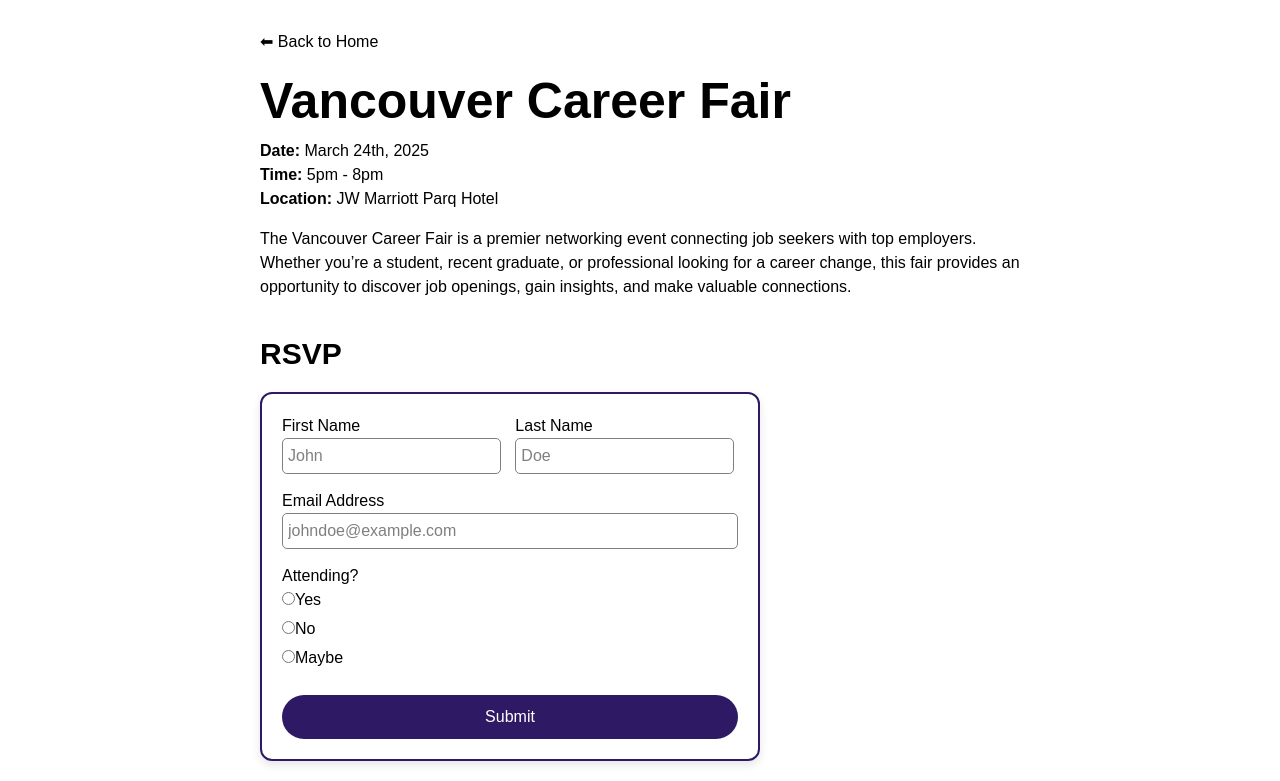
Repository: Jennica1/FULLSTACK-FINAL-PROJ
Page: /event (app in rsvp-app/frontend/)
These files come from the project's save history. The page is drawn as it stood at one moment and after a run of saves; the edit follows.
The browser window is 1280 px wide. The pictures show the part of the page from y = 600 to 1381 px (the page is 1381 px tall before and 1294 px after).
The project was rebuilt for these pictures with package versions that can differ from the ones it lists, and the page was loaded fresh each time. The framework's server and built-in components were replaced by stand-ins that run in the browser. Also part of the build but not shown: rsvp-app/frontend/next.config.mjs.

Above is the page before, as saved 2025-03-22 21:04:46.

After the next 2 saves:
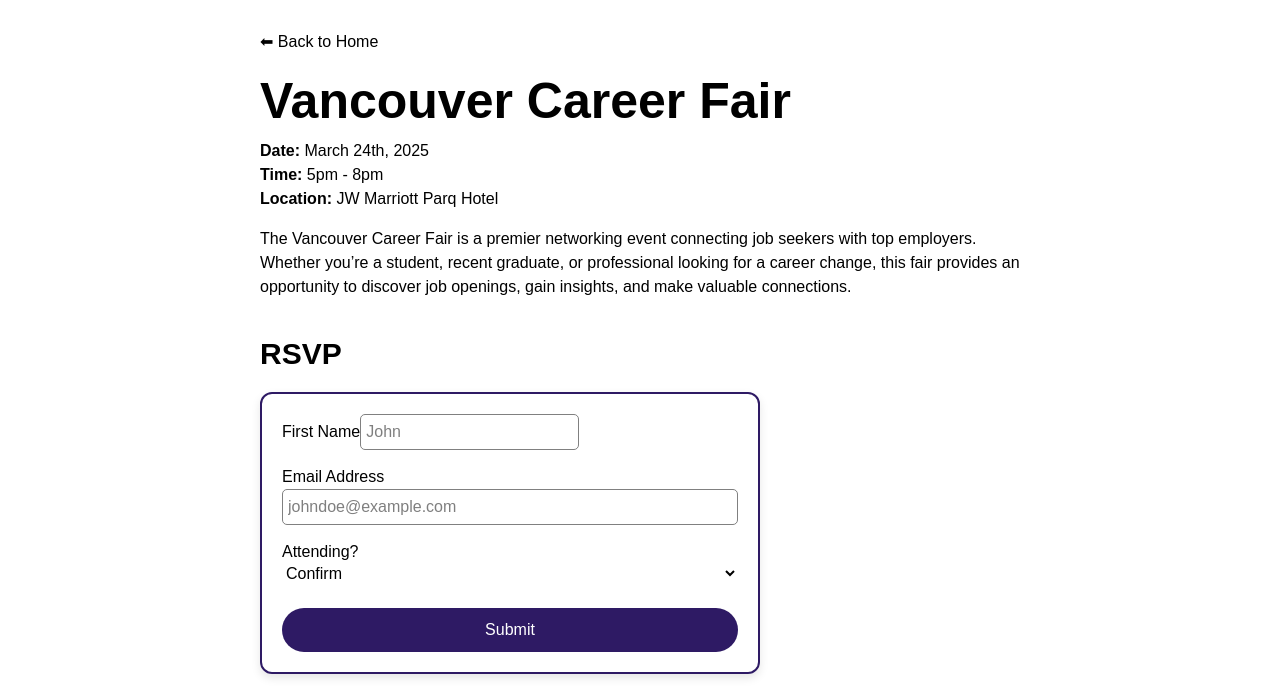
The 2 saves are shown as one change because 1 did not build or start.
The last was saved 25 min 15 s later.
--- a/rsvp-app/frontend/app/event/page.js
+++ b/rsvp-app/frontend/app/event/page.js
@@ -4,8 +4,26 @@ import { useState } from 'react';
 import Navbar from '../components/Navbar'; // Import the Navbar
 
 export default function EventPage() {
-  const router = useRouter();
-  const [attendance, setAttendance] = useState(''); // Stores selected option
+
+  const [name, setName] = useState('');
+  const [email, setEmail] = useState('');
+  const [status, setStatus] = useState('confirmed');
+  const [message, setMessage] = useState(''); // Stores selected option
+
+  const handleSubmit = async (e) => {
+    e.preventDefault();
+
+    const response = await fetch('http://localhost:3001/rsvp', {
+      method: 'POST',
+      headers: {
+        'Content-Type': 'application/json',
+      },
+      body: JSON.stringify({ name, email, status }),
+    });
+
+    const data = await response.json();
+    setMessage(data.message);
+  };
 
   return (
     <div>
@@ -34,56 +52,32 @@ export default function EventPage() {
         {/* RSVP Section */}
         <h2 style={styles.subHead}>RSVP</h2>
         <div style={styles.formContainer}>
-          <form style={styles.form}>
+          <form onSubmit={handleSubmit} style={styles.form}>
             <div style={styles.inputGroup}>
               <div>
                 <label>First Name</label>
-                <input style={styles.textBox} type="text" placeholder="John" required />
+                <input style={styles.textBox} type="text" placeholder="John" required onChange={(e) => setName(e.target.value)} />
               </div>
-              <div>
-                <label>Last Name</label>
-                <input style={styles.textBox} type="text" placeholder="Doe" required />
-              </div>
+
             </div>
 
             <div style={styles.fullWidth}>
               <label>Email Address</label>
-              <input style={styles.textBox} type="email" placeholder="johndoe@example.com" required />
+              <input style={styles.textBox} type="email" placeholder="johndoe@example.com" required   value={email}
+          onChange={(e) => setEmail(e.target.value)}/>
             </div>
 
             <div style={styles.fullWidth}>
             <label>Attending?</label>
               <div style={styles.radioGroup}>
-                <label>
-                  <input
-                    type="radio"
-                    name="attendance"
-                    value="yes"
-                    checked={attendance === 'yes'}
-                    onChange={() => setAttendance('yes')}
-                  />
-                  Yes
-                </label>
-                <label>
-                  <input
-                    type="radio"
-                    name="attendance"
-                    value="no"
-                    checked={attendance === 'no'}
-                    onChange={() => setAttendance('no')}
-                  />
-                  No
-                </label>
-                <label>
-                  <input
-                    type="radio"
-                    name="attendance"
-                    value="maybe"
-                    checked={attendance === 'maybe'}
-                    onChange={() => setAttendance('maybe')}
-                  />
-                  Maybe
-                </label>
+              <select
+          value={status}
+          onChange={(e) => setStatus(e.target.value)}
+        >
+          <option value="confirmed">Confirm</option>
+          <option value="declined">Decline</option>
+        </select>
+
               </div>
             </div>
 
@@ -95,6 +89,63 @@ export default function EventPage() {
     </div>
   );
 }
+
+// 'use client';
+
+// import { useState } from 'react';
+
+// export default function Home() {
+//   const [name, setName] = useState('');
+//   const [email, setEmail] = useState('');
+//   const [status, setStatus] = useState('confirmed');
+//   const [message, setMessage] = useState('');
+
+//   const handleSubmit = async (e) => {
+//     e.preventDefault();
+
+//     const response = await fetch('http://localhost:3001/rsvp', {
+//       method: 'POST',
+//       headers: {
+//         'Content-Type': 'application/json',
+//       },
+//       body: JSON.stringify({ name, email, status }),
+//     });
+
+//     const data = await response.json();
+//     setMessage(data.message);
+//   };
+
+//   return (
+//     <div>
+//       <h1>RSVP for the Event</h1>
+//       <form onSubmit={handleSubmit}>
+//         <input
+//           type="text"
+//           placeholder="Name"
+//           value={name}
+//           onChange={(e) => setName(e.target.value)}
+//         />
+//         <input
+//           type="email"
+//           placeholder="Email"
+//           value={email}
+//           onChange={(e) => setEmail(e.target.value)}
+//         />
+//         <select
+//           value={status}
+//           onChange={(e) => setStatus(e.target.value)}
+//         >
+//           <option value="confirmed">Confirm</option>
+//           <option value="declined">Decline</option>
+//         </select>
+//         <button type="submit">Submit</button>
+//       </form>
+
+//       {message && <p>{message}</p>}
+//     </div>
+//   );
+// }
+
 
 // Styles for Banner and Layout
 const styles = {
